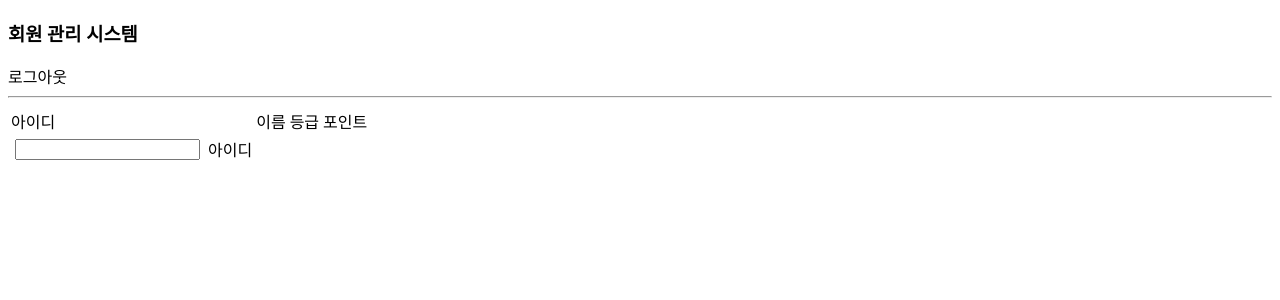
Repository: yangchunsick/JSPstudy
Page: http://localhost/ServerProgram/views/Detail.jsp
An editor plug-in stored every save of this project. The page is shown before and after a run of saves, followed by the edit.
The browser window is 1280 px wide. The pictures show the whole page.
The page is served by Tomcat 9. Other server files are loaded and not shown.

Above is the page before, as saved 2021-11-16 08:15:16.

### worksapce/ServerProgram/WebContent/views/Detail.jsp
<%@ page language="java" contentType="text/html; charset=UTF-8"
    pageEncoding="UTF-8"%>
<!DOCTYPE html>
<html>
<head>
<meta charset="UTF-8">
<title>Insert title here</title>
</head>
<body>

<h3>회원 관리 시스템</h3>
<a herf="#">로그아웃</a>
<hr>
<table>
	<thead border="1">
		<tr>
			<td colspan="4">아이디</td>
			<td>이름</td>
			<td>등급</td>
			<td>포인트</td>
		</tr>
	</thead>
	<tbody>
		<tr>
			<td>${members.ID}</td>
			<td><input type="text" name="name" value="${members.NAME}"></td>
			<td>${members.GRADE}</td>
			<td>아이디</td>
		</tr>
	</tbody>
</table>

</body>
</html>

After the next 2 saves:
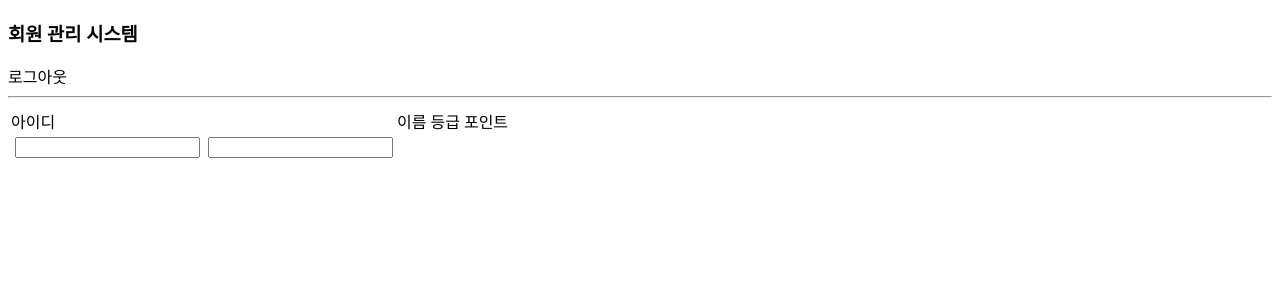
The 2 saves are shown as one change because they came seconds apart.
The last was saved 45 s later.
--- a/worksapce/ServerProgram/WebContent/views/Detail.jsp
+++ b/worksapce/ServerProgram/WebContent/views/Detail.jsp
@@ -25,7 +25,7 @@
 			<td>${members.ID}</td>
 			<td><input type="text" name="name" value="${members.NAME}"></td>
 			<td>${members.GRADE}</td>
-			<td>아이디</td>
+			<td><input type="text" name="point" value="${members.point}"></td>
 		</tr>
 	</tbody>
 </table>
